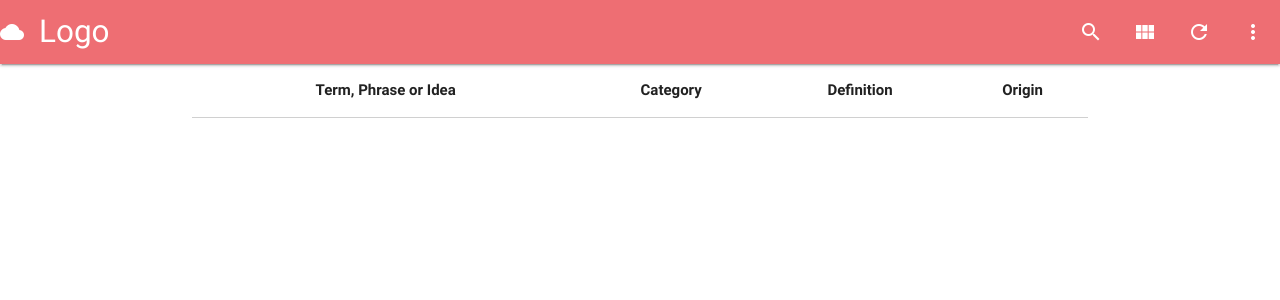
Repository: kalkiboru111/irish-dictionary-of-received-ideas
Page: http://localhost/
The author's editor kept a record of every edit. The page is drawn from the files as they stood at one moment, then again after the next edit.
The browser window is 1280 px wide. The pictures show the whole page.
Some web libraries are served in a nearby version. The page is served by the project's application, run on Flask 3 (app.py). Queries for data that is not in the repository find no rows.

Above is the page before.
Console error: TypeError: $(...).formSelect is not a function

After the next edit:
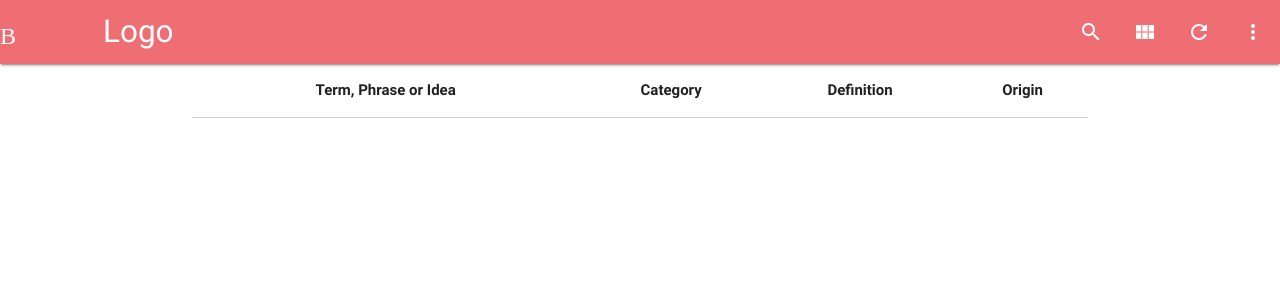
The edit:
--- a/templates/base.html
+++ b/templates/base.html
@@ -11,7 +11,7 @@
     <header>
         <nav>
             <div class="nav-wrapper">
-                <a href="#!" class="brand-logo"><i class="material-icons">cloud</i>Logo</a>
+                <a href="#!" class="brand-logo"><i class="material-icons">Book</i>Logo</a>
                 <ul class="right hide-on-med-and-down">
                     <li><a href="sass.html"><i class="material-icons">search</i></a></li>
                     <li><a href="badges.html"><i class="material-icons">view_module</i></a></li>
